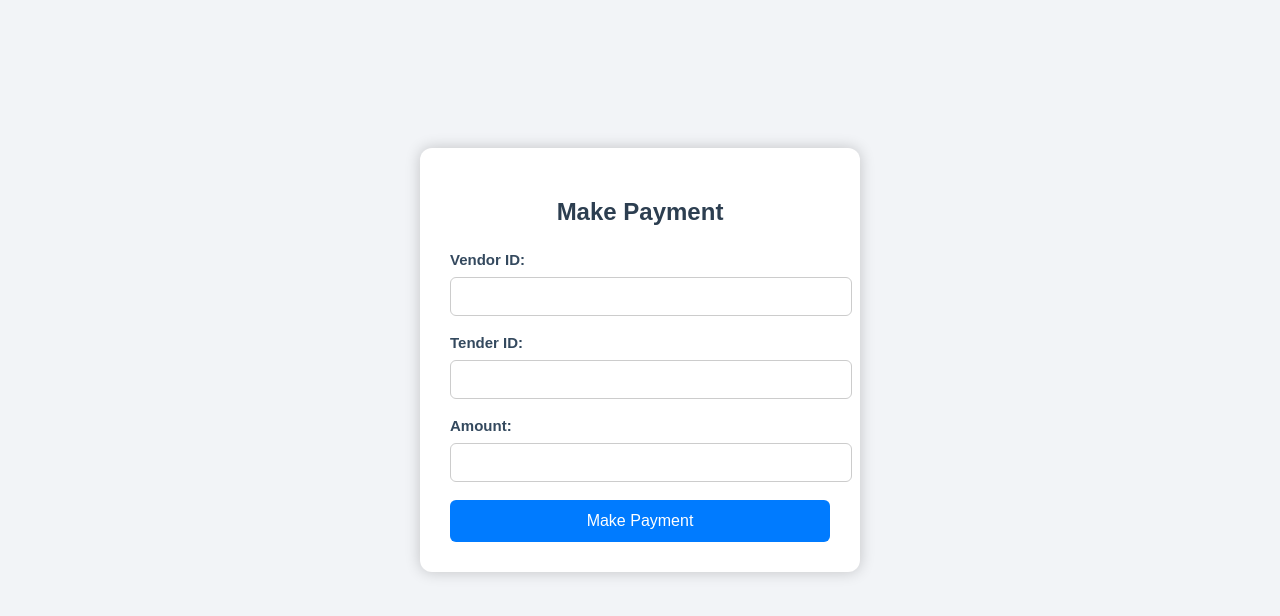
Repository: ShrikantSurve57/Tender-Allotment
Page: http://localhost/tendermanagement/payment.jsp
An editor plug-in stored every save of this project. The page is shown before and after the next save, followed by the edit.
The browser window is 1280 px wide. The pictures show the whole page.
The page is served by Tomcat 9. Other server files are loaded and not shown.

Above is the page before, as saved 2026-01-22 15:13:23.

### tendermanagement/WebContent/payment.jsp
<%@ page language="java" contentType="text/html; charset=UTF-8"
    pageEncoding="UTF-8"%>
<!DOCTYPE html>
<html>
<head>
<meta charset="UTF-8">
<title>Payment</title>

<style>
    body{
        font-family: Arial, sans-serif;
        background: #f2f4f7;
        display: flex;
        justify-content: center;
        align-items: center;
        height: 100vh;
        margin: 0;
    }

    .container{
        background: white;
        width: 380px;
        padding: 30px;
        border-radius: 12px;
        box-shadow: 0 0 15px rgba(0,0,0,0.2);
        animation: fadeIn 0.4s ease;
    }

    h2{
        text-align: center;
        color: #2c3e50;
        margin-bottom: 25px;
    }

    label{
        font-size: 15px;
        font-weight: bold;
        color: #34495e;
    }

    input{
        width: 100%;
        padding: 10px;
        margin: 8px 0 18px 0;
        border-radius: 6px;
        border: 1px solid #ccc;
        font-size: 15px;
    }

    button{
        width: 100%;
        background: #007bff;
        color: white;
        padding: 12px;
        font-size: 16px;
        border: none;
        border-radius: 6px;
        cursor: pointer;
        transition: 0.3s ease;
    }

    button:hover{
        background: #0056b3;
    }

    @keyframes fadeIn {
        from { opacity: 0; transform: translateY(20px); }
        to   { opacity: 1; transform: translateY(0); }
    }
</style>

</head>
<body>

<div class="container">
    <h2>Make Payment</h2>

    <form action="PaymentSrv" method="post">

        <label>Vendor ID:</label>
        <input type="number" name="vendorId" required>

        <label>Tender ID:</label>
        <input type="number" name="tenderId" required>

        <label>Amount:</label>
        <input type="number" step="0.01" name="amount" required>

        <button type="submit">Make Payment</button>

    </form>
</div>

</body>
</html>

After the next save:
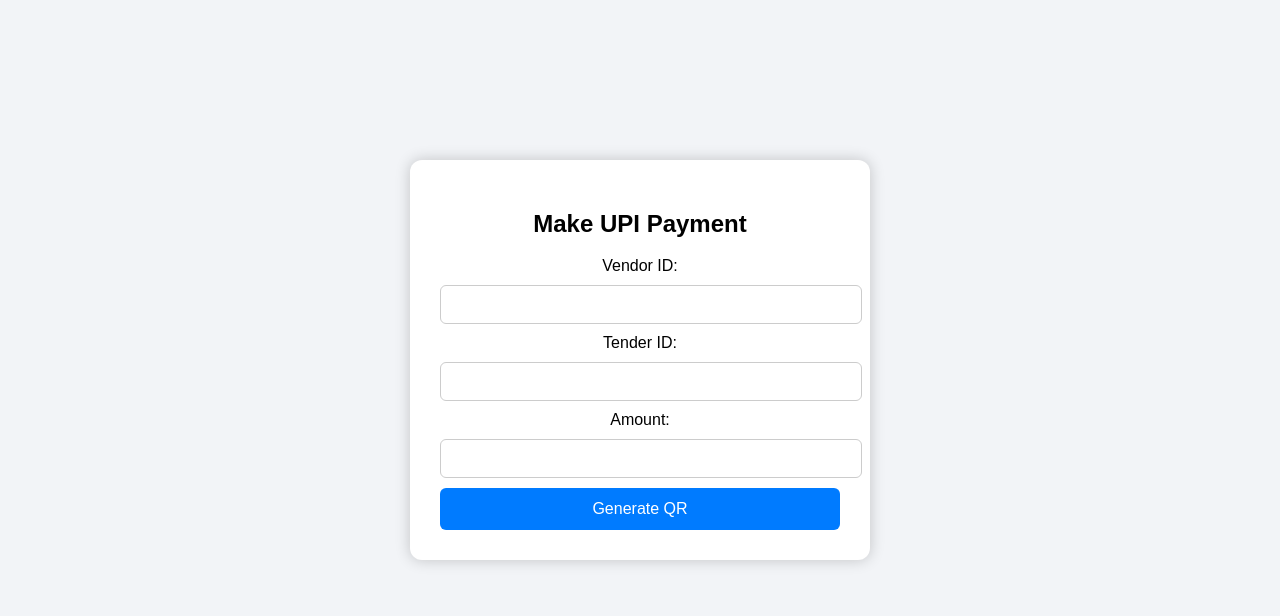
Saved 6 min 24 s later.
--- a/tendermanagement/WebContent/payment.jsp
+++ b/tendermanagement/WebContent/payment.jsp
@@ -4,7 +4,7 @@
 <html>
 <head>
 <meta charset="UTF-8">
-<title>Payment</title>
+<title>UPI Payment</title>
 
 <style>
     body{
@@ -19,29 +19,17 @@
 
     .container{
         background: white;
-        width: 380px;
+        width: 400px;
         padding: 30px;
         border-radius: 12px;
         box-shadow: 0 0 15px rgba(0,0,0,0.2);
-        animation: fadeIn 0.4s ease;
-    }
-
-    h2{
         text-align: center;
-        color: #2c3e50;
-        margin-bottom: 25px;
-    }
-
-    label{
-        font-size: 15px;
-        font-weight: bold;
-        color: #34495e;
     }
 
     input{
         width: 100%;
         padding: 10px;
-        margin: 8px 0 18px 0;
+        margin: 10px 0;
         border-radius: 6px;
         border: 1px solid #ccc;
         font-size: 15px;
@@ -63,9 +51,11 @@
         background: #0056b3;
     }
 
-    @keyframes fadeIn {
-        from { opacity: 0; transform: translateY(20px); }
-        to   { opacity: 1; transform: translateY(0); }
+    .qr-box{
+        margin-top: 20px;
+        padding: 10px;
+        background: #f7f7f7;
+        border-radius: 10px;
     }
 </style>
 
@@ -73,9 +63,10 @@
 <body>
 
 <div class="container">
-    <h2>Make Payment</h2>
 
-    <form action="PaymentSrv" method="post">
+    <h2>Make UPI Payment</h2>
+
+    <form method="post" action="PaymentSrv">
 
         <label>Vendor ID:</label>
         <input type="number" name="vendorId" required>
@@ -84,12 +75,49 @@
         <input type="number" name="tenderId" required>
 
         <label>Amount:</label>
-        <input type="number" step="0.01" name="amount" required>
+        <input type="number" id="amount" name="amount" step="0.01" required>
 
-        <button type="submit">Make Payment</button>
+        <div id="qrSection" style="display:none;">
+            <h3>Scan & Pay</h3>
+            <div class="qr-box">
+                <img id="upiQR" src="" width="230px">
+            </div>
+        </div>
+
+        <button type="button" onclick="generateQR()">Generate QR</button>
+        <button type="submit" style="margin-top:10px; display:none;" id="submitBtn">I Have Paid</button>
 
     </form>
 </div>
 
+<script>
+function generateQR() {
+    let amount = document.getElementById("amount").value;
+
+    if(amount === "" || amount <= 0){
+        alert("Enter a valid amount");
+        return;
+    }
+
+    // Your UPI ID + Name (Replace test@upi with your real UPI ID)
+    let upiId = "test@upi";
+    let name = "Receiver Name";
+
+    let url =
+        "upi://pay?pa=" + upiId +
+        "&pn=" + name +
+        "&am=" + amount +
+        "&cu=INR";
+
+    // Google Chart API for QR
+    let qrUrl = "https://chart.googleapis.com/chart?cht=qr&chs=250x250&chl=" + encodeURIComponent(url);
+
+    document.getElementById("upiQR").src = qrUrl;
+
+    document.getElementById("qrSection").style.display = "block";
+    document.getElementById("submitBtn").style.display = "block";
+}
+</script>
+
 </body>
 </html>
